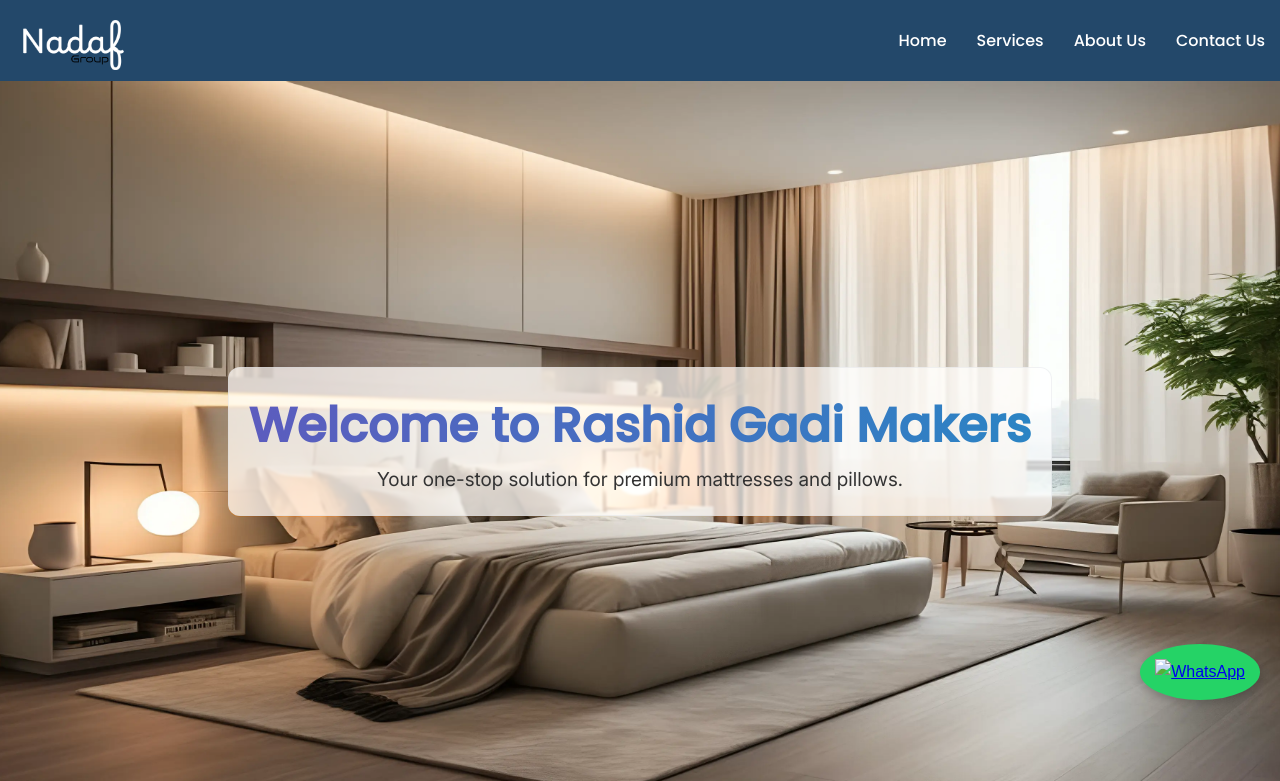
Repository: nadafgroup/rashidgadiUI
Page: src/home.html
An editor plug-in stored every save of this project. The page is shown before and after the next save, followed by the edit.
The browser window is 1280 px wide. The pictures show the part of the page from y = 0 to 781 px (the page is 3050 px tall).
A picture or video elsewhere on the page could not be fetched, so the positions and the page height are approximate.

Above is the page before, as saved 2025-01-30 18:02:05.
Not found: assets/img/whatsapp (4).webp

After the next save:
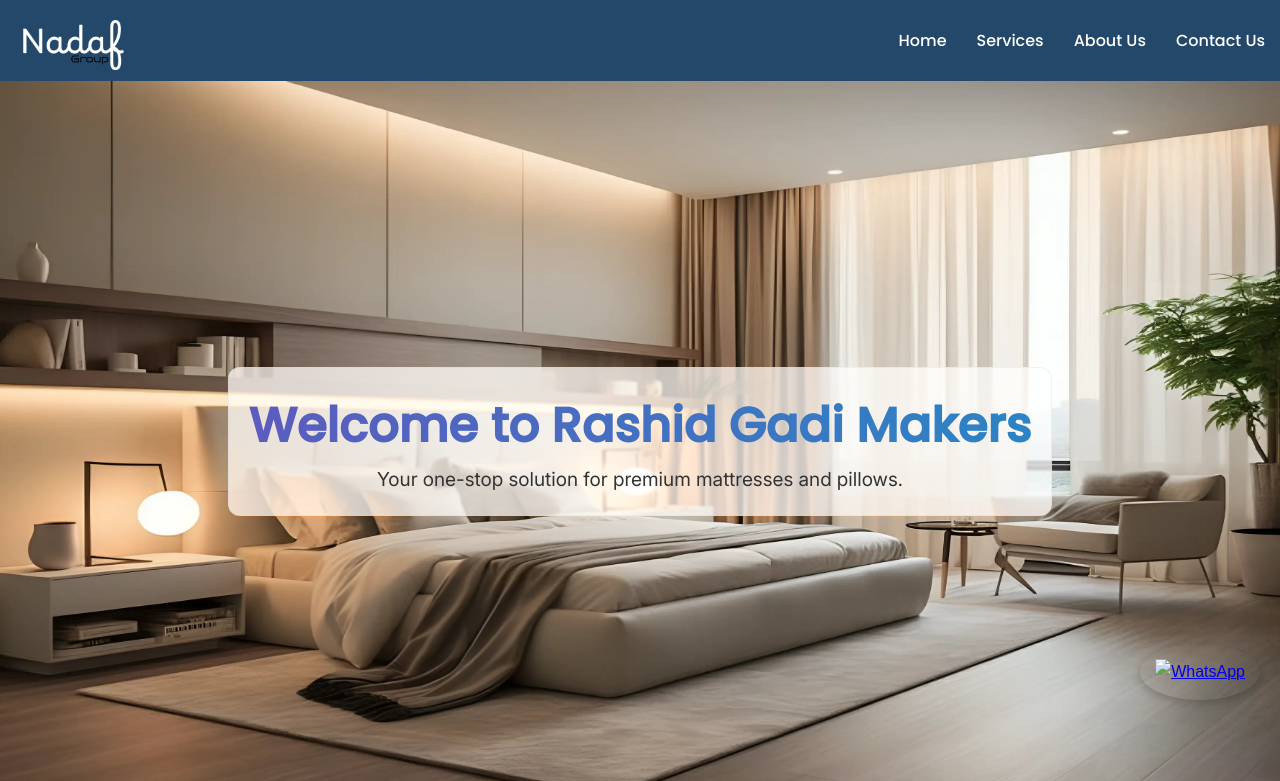
Saved 34 s later.
--- a/src/home.css
+++ b/src/home.css
@@ -643,7 +643,7 @@ body {
     position: fixed;
     bottom: 20px;
     right: 20px;
-    background-color: #25D366;
+    /* background-color: #25D366; */
     border-radius: 50%;
     padding: 15px;
     box-shadow: 0 4px 10px rgba(0, 0, 0, 0.2);
